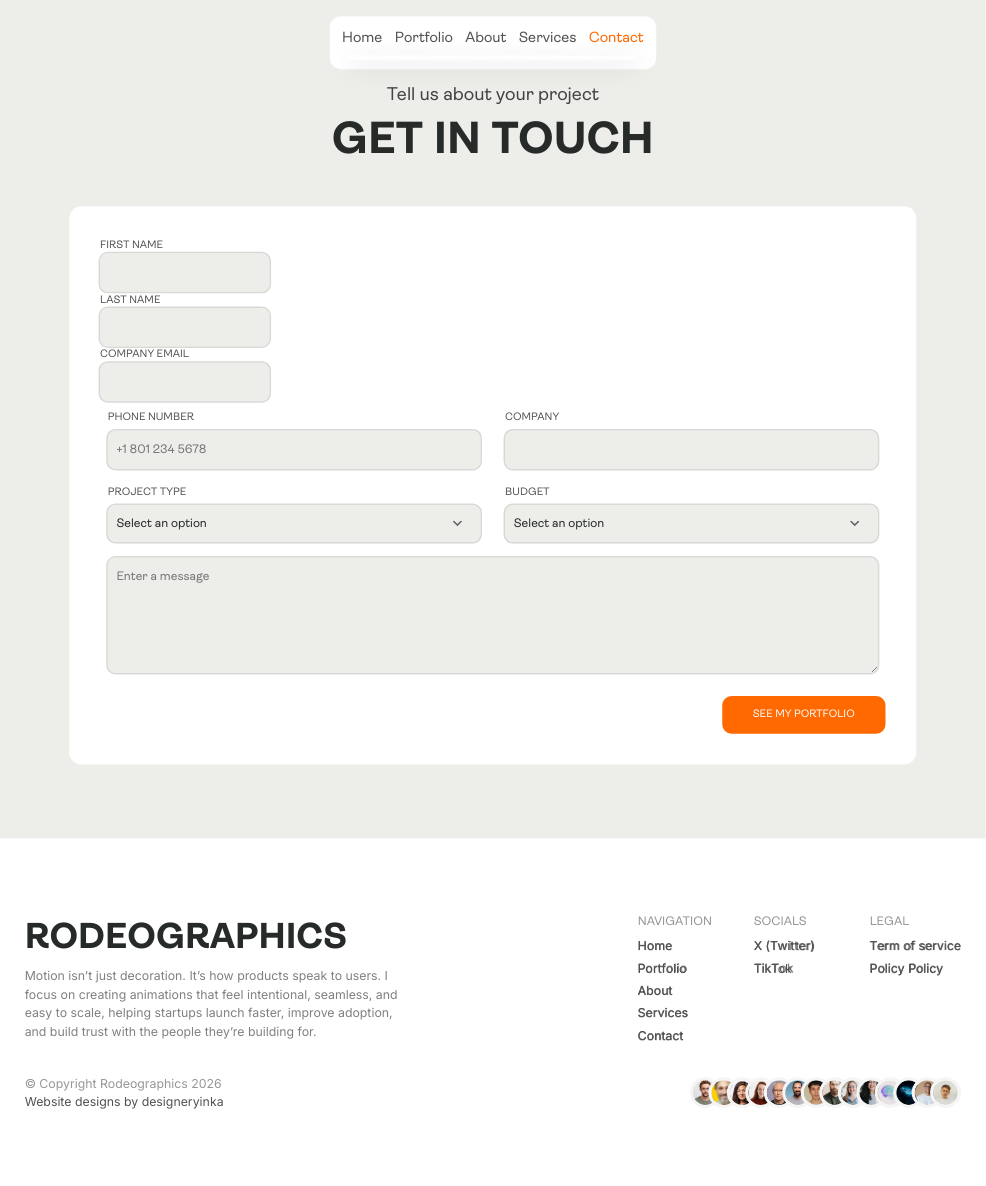
Repository: Ajeyinka/RodeoGraphics
Page: contact.html
An editor plug-in stored every save of this project. The page is shown before and after the next save, followed by the edit.
The browser window is 1280 px wide. The pictures show the whole page, at 77% of full size.

Above is the page before, as saved 2026-02-21 21:03:23.
Console error: ReferenceError: gsap is not defined

### contact.html
<!DOCTYPE html>
<html lang="en">
  <head>
    <meta charset="UTF-8" />
    <meta name="viewport" content="width=device-width, initial-scale=1.0" />
    <title>Contact | Motion Design for Startups</title>

    <meta
      name="description"
      content="Get in touch to discuss motion design for your product, startup, or upcoming launch."
    />
    <meta property="og:title" content="Contact | Motion Design for Startups" />
    <meta
      property="og:description"
      content="Get in touch to discuss motion design for your product, startup, or upcoming launch."
    />
    <meta property="og:image" content="" />
    <meta property="og:type" content="website" />
    <meta property="og:url" content="" />
    <script src="script.js" defer></script>
    <link rel="stylesheet" href="style.css" />
    <link
      rel="shortcut icon"
      href="images/favicon.ico.png"
      sizes="32x32"
      type="image/png"
    />
  </head>
  <body>
    <nav class="section_nav">
      <div class="container_large">
        <div class="container_nav">
          <div class="two-col-flex">
            <div class="nav_brand">
              <a href="index.html" class="nav_brand-link">
                <span>Rodeographics</span>
              </a>
            </div>
            <a href="#" class="toggle_button" id="toggle_button">
              <span class="bar one"></span>
              <span class="bar two"></span>
            </a>
          </div>
          <!-- Brand / Logo -->

          <!-- Navigation Menu -->
          <div class="nav_menu">
            <ul class="nav_list">
              <li class="nav_item">
                <a href="index.html" class="nav_link">Home</a>
              </li>
              <li class="nav_item">
                <a href="portfolio.html" class="nav_link">Portfolio</a>
              </li>

              <li class="nav_item">
                <a href="about.html" class="nav_link">About</a>
              </li>

              <li class="nav_item">
                <a href="services.html" class="nav_link">Services</a>
              </li>

              <li class="nav_item">
                <a href="contact.html" class="nav_link">Contact</a>
              </li>
            </ul>
          </div>
        </div>
      </div>
    </nav>

    <main>
      <section class="section_contact">
        <div class="container_large">
          <div class="padding_global">
            <div class="form_component">
              <div class="title-top">
                <p class="tag">Tell us about your project</p>
                <h1>GET IN TOUCH</h1>
              </div>
            </div>
            <div class="form-block">
              <form action="https://formspree.io/f/xzdapnao" method="POST">
                <div class="form-group">
                  <label for="fname">First Name</label>
                  <input
                    type="text"
                    name="first_name"
                    class="input"
                    id="fName"
                    required
                  />
                </div>
                <div class="form-group">
                  <label for="lname">Last Name</label>
                  <input
                    type="text"
                    name="last_name"
                    class="input"
                    id="lName"
                    required
                  />
                </div>
                <div class="form-group">
                  <label for="email">Company Email</label>
                  <input
                    type="email"
                    name="company_email"
                    class="input"
                    id="email"
                    required
                  />
                </div>

                <fieldset>
                  <label>
                    Phone Number

                    <input
                      type="tel"
                      class="input phone-input"
                      placeholder="+1 801 234 5678"
                      inputmode="tel"
                      autocomplete="tel"
                    />
                  </label>
                  <label for="company">
                    Company
                    <input
                      type="text"
                      name="company"
                      class="input"
                      id="company"
                    />
                  </label>
                </fieldset>
                <fieldset>
                  <label>
                    Project Type
                    <select class="input select" name="project type">
                      <option value="" disabled selected>
                        Select an option
                      </option>
                      <option value="saas">SaaS/Explainer Video</option>
                      <option value="2d explainer">2D Explainer Video</option>
                      <option value="logo">Logo Animation</option>
                      <option value="ai vide0">
                        AI branding/product Launch Video
                      </option>
                      <option value="website">Website Interphase</option>
                      <option value="short form">Short Form Edit Video</option>
                    </select>
                  </label>
                  <label>
                    Budget
                    <select class="input select" name="budget">
                      <option value="" disabled selected>
                        Select an option
                      </option>
                      <option value="$0-$200">$0-$200</option>
                      <option value="$200-$500">$200-$500</option>
                      <option value="$500-$1000">$500-$1000</option>
                      <option value="$1000-above">$1000 and Above</option>
                    </select>
                  </label>
                </fieldset>
                <fieldset class="col-one">
                  <label for="textarea">
                    <textarea
                      name="textarea"
                      id="textarea"
                      class="input"
                      placeholder="Enter a message"
                    ></textarea>
                  </label>
                </fieldset>
                <div class="input-submit">
                  <button type="submit" class="button-submit button">
                    <span class="text text-primary">See my portfolio</span>
                  </button>
                </div>
                <div class="form-success">
                  Thanks for reaching out. I’ll get back to you within 24 hours.
                </div>
              </form>
            </div>
          </div>
        </div>
      </section>
    </main>
    <footer>
      <div class="container_large">
        <div class="padding_global">
          <div class="footer-grid">
            <div class="footer-left">
              <h2>Rodeographics</h2>
              <p>
                Motion isn’t just decoration. It’s how products speak to users.
                I focus on creating animations that feel intentional, seamless,
                and easy to scale, helping startups launch faster, improve
                adoption, and build trust with the people they’re building for.
              </p>
            </div>
            <div class="footer-right">
              <div class="footer_link-wrapper">
                <div class="footer_links">
                  <h4>Navigation</h4>
                  <a href="index.html" class="footer_link">Home</a>
                  <a href="portfolio.html" class="footer_link">Portfolio</a>
                  <a href="about.html" class="footer_link">About</a>
                  <a href="services.html" class="footer_link">Services</a>
                  <a href="contact.html" class="footer_link">Contact</a>
                </div>
                <div class="footer_links">
                  <h4>Socials</h4>
                  <a href="https://x.com/designerola01" class="footer_link"
                    >X (Twitter)</a
                  >

                  <a
                    href="https://www.tiktok.com/@rodeodesigns?_r=1&_t=ZS-93MZgyCcf5N"
                    class="footer_link"
                    >TikTok</a
                  >
                </div>
                <div class="footer_links">
                  <h4>Legal</h4>
                  <a href="services.html" class="footer_link"
                    >Term of service</a
                  >

                  <a href="privacy.html" class="footer_link">Policy Policy</a>
                </div>
              </div>
            </div>
          </div>
          <div class="footer-bottom">
            <div>
              <p class="Copyright">© Copyright Rodeographics 2026</p>
              <a href="https://designeryinka.com/" target="_blank"
                >Website designs by designeryinka</a
              >
            </div>

            <div class="footer_proof">
              <img src="images/1.png" alt="" />
              <img src="images/2.png" alt="" />
              <img src="images/3.png" alt="" />
              <img src="images/4.png" alt="" />
              <img src="images/5.png" alt="" />
              <img src="images/6.png" alt="" />
              <img src="images/adewale.png" alt="" />
              <img src="images/adewale1.png" alt="" />
              <img src="images/adewale2.png" alt="" />
              <img src="images/adewale4.png" alt="" />
              <img src="images/adewalw5.png" alt="" />
              <img src="images/adewale6.png" alt="" />
              <img src="images/adewale7.png" alt="" />
              <img src="images/adewalw8.png" alt="" />
            </div>
          </div>
        </div>
      </div>
    </footer>
  </body>
</html>

Loaded but not shown: script.js (338 lines, source omitted); style.css (1929 lines, source omitted)

After the next save:
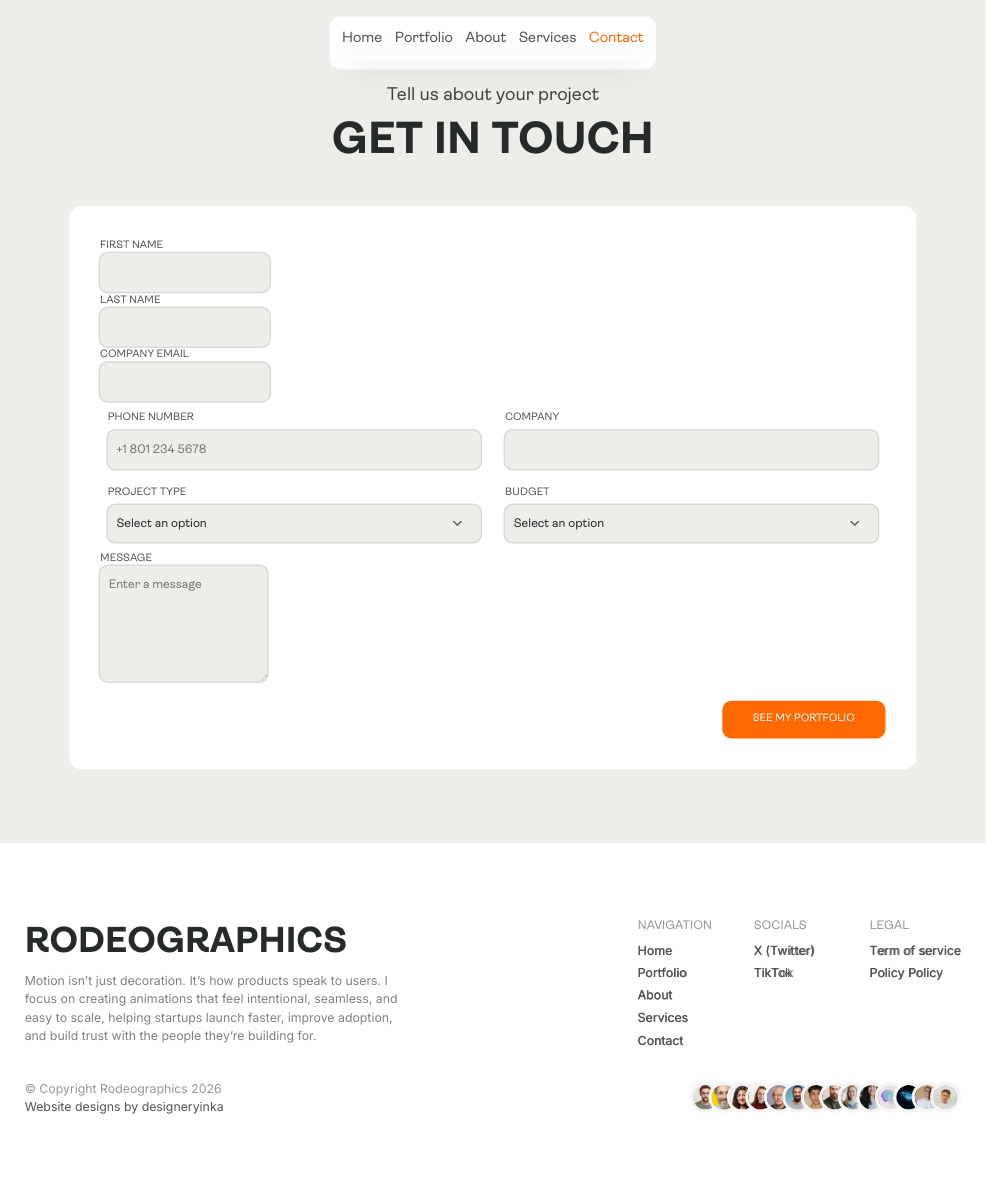
Saved 53 s later.
--- a/contact.html
+++ b/contact.html
@@ -165,16 +165,15 @@
                     </select>
                   </label>
                 </fieldset>
-                <fieldset class="col-one">
-                  <label for="textarea">
-                    <textarea
-                      name="textarea"
-                      id="textarea"
-                      class="input"
-                      placeholder="Enter a message"
-                    ></textarea>
-                  </label>
-                </fieldset>
+
+                <label for="message">Message</label>
+                <textarea
+                  name="textarea"
+                  id="textarea"
+                  class="input"
+                  placeholder="Enter a message"
+                ></textarea>
+
                 <div class="input-submit">
                   <button type="submit" class="button-submit button">
                     <span class="text text-primary">See my portfolio</span>
